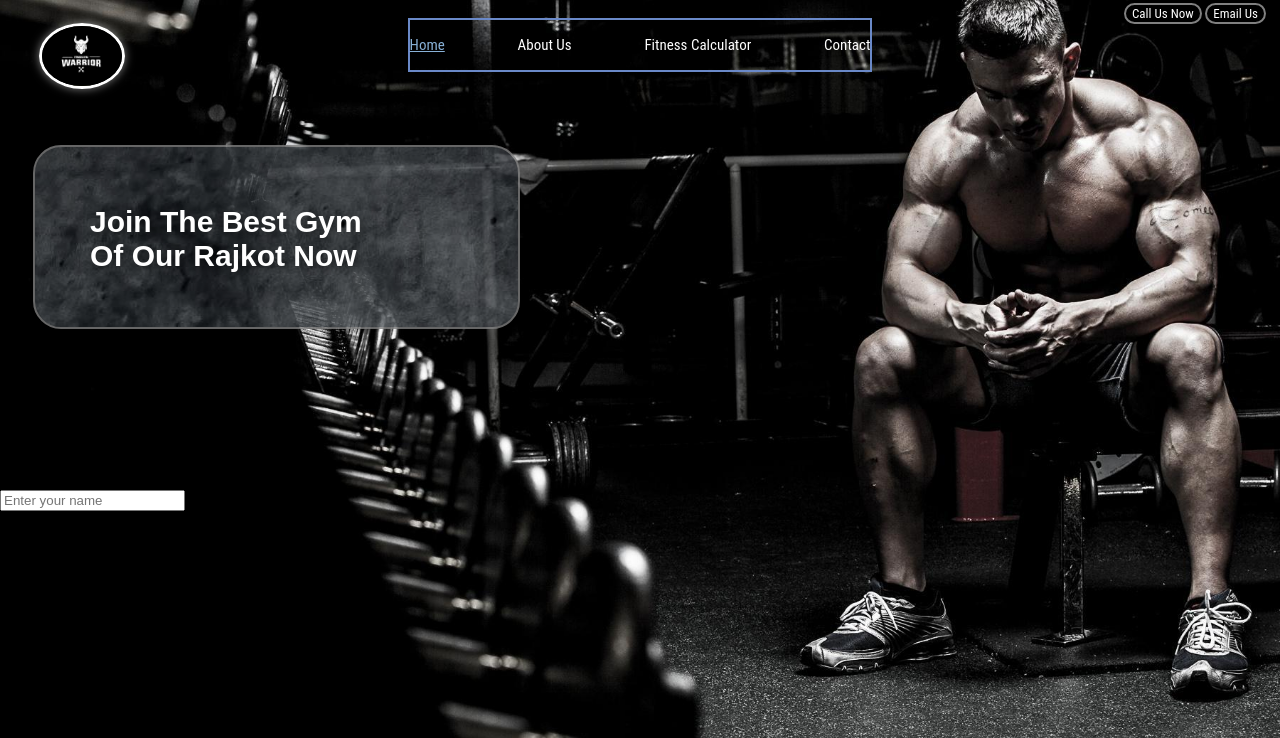
Repository: asthaasquare/project-1
Page: project-1/index.html
The author's editor kept a copy of each file at every save. The page is drawn from the files as they stood at one save, then again after the next save.
The browser window is 1280 px wide. The pictures show the whole page.
Some web fonts or font styles are not loaded; a fallback is used.

Above is the page before, as saved 2024-05-09 18:11:38.

### project-1/index.html
<!DOCTYPE html>
<html lang="en">
  <head>
    <meta charset="UTF-8" />
    <meta name="viewport" content="width=device-width, initial-scale=1.0" />
    <title>Fit World</title>
  </head>
  <link rel="preconnect" href="https://fonts.googleapis.com" />
  <link rel="preconnect" href="https://fonts.gstatic.com" crossorigin />
  <link
    href="https://fonts.googleapis.com/css2?family=Jersey+10&display=swap"
    rel="stylesheet"
  />
  <link rel="stylesheet" href="css/style.css" />
  <style>
    body {
      color: white;
      margin: 0;
      padding: 0;
      background-image: url("img/1087639.jpg");
      background-size: cover; /* This will make sure the image covers the entire background */
      background-position: center; /* This will center the image within the container */
      height: 100vh; /* This will set the height of the background to the viewport height */
      font-family: "Roboto Condensed", sans-serif;
      font-optical-sizing: auto;
    }

    .left {
      /* border: 2px double rgb(75, 62, 62); */
      display: inline-block;
      position: absolute;
      top: 0px;
      left: 34px;
      padding: 5px; /* Add some padding around the logo */
    }

    .left img {
      width: 80px;
      height: auto;
      border-radius: 50%;
      border: 3px solid white;
      box-shadow: 0 0 10px rgba(255, 255, 255, 0.5);
    }

    .left div {
      line-height: 0px;
    }

    .mid {
      margin: 18px auto;
      display: block;
      width: 36%;
      border: 2px double rgb(106, 137, 200);
    }

    .right {
      position: absolute;
      display: inline-block;
      /* border: 2px double rgb(100, 96, 222); */
      top: 0px;
      right: 34px;
    }

    .navbar {
      display: flex; /* Use flexbox for better alignment */
      justify-content: space-between; /* Distribute items evenly across the container */
      align-items: center; /* Center items vertically */
      padding: 0;
    }

    .navbar li {
      font-size: 15px;
      list-style: none; /* Remove default list styles */
      margin-right: 20px; /* Add some spacing between navbar items */
    }

    .navbar li a {
      color: white;
      text-decoration: none;
    }

    .navbar li a:hover,
    .navbar li a.active {
      text-decoration: underline;
      color: rgb(136, 177, 215);
    }

    .navbar li:last-child {
      margin-right: 0; /* Remove margin from the last navbar item */
    }

    .header {
      position: relative; /* Set position to relative to allow absolute positioning of ch
      ild elements */
    }

    .container {
      border: 2px solid grey;
      margin: 73px 33px;
      padding: 75px;
      width: 26%;
      background-image: url(img/bg1.jpg);
      opacity: 80%;
      z-index: -1;
      height: 30px;
      border-radius: 28px;
    }

    .btn {
      margin: 0px 0px;
      color: white;
      background-color: black;
      position: relative;
      right: 22px;
      top: -15px;
      left: 20px;
      border: 2px solid grey;
      border-radius: 13px;
      font-size: 13px;
      cursor: pointer;
      transition: background-color 0.3s, border-color 0.3s;
      font-family: "Roboto Condensed", sans-serif;
    }

    .btn:hover {
      background-color: grey; /* Change background color on hover */
      border-color: black; /* Change border color on hover */
    }

    h1 {
  position: relative;
  top: -197px;
  color: white;
  font-size: 30px; /* Adjust the font size as needed */
  font-weight: bold; /* Optionally adjust the font weight */
  font-family: 'Poetsen One', sans-serif; /* Apply the Poetsen One font */
  text-shadow: 2px 2px 8px rgba(0, 0, 0, 0.5); /* Update the text shadow */
  width: 280px;
  padding: 0px 90px;
}

  </style>

  <body>
    <header class="header">
      <div class="left">
        <img src="img/logo.jpg" alt="Logo" />
      </div>
      <div class="mid">
        <ul class="navbar">
          <li><a href="#" class="active">Home</a></li>
          <li><a href="#">About Us</a></li>
          <li><a href="#">Fitness Calculator</a></li>
          <li><a href="#">Contact</a></li>
        </ul>
      </div>
      <div class="right">
        <button class="btn">Call Us Now</button>
        <button class="btn">Email Us</button>
      </div>
    </header>

    <div class="container">
      <!-- <h1>Join The Best Gym Of Our Rajkot Now</h1> -->
    </div>
    <div>
      <h1>Join The Best Gym Of Our Rajkot Now</h1>
      <form action="noaction.php">
        <div class="form-group">
          <input type="text" name="" placeholder="Enter your name">
        </div>

      </form>
    </div>
  </body>
</html>

Loaded but not shown: project-1/css/style.css (no stored copy; drawn as an empty file)

After the next save:
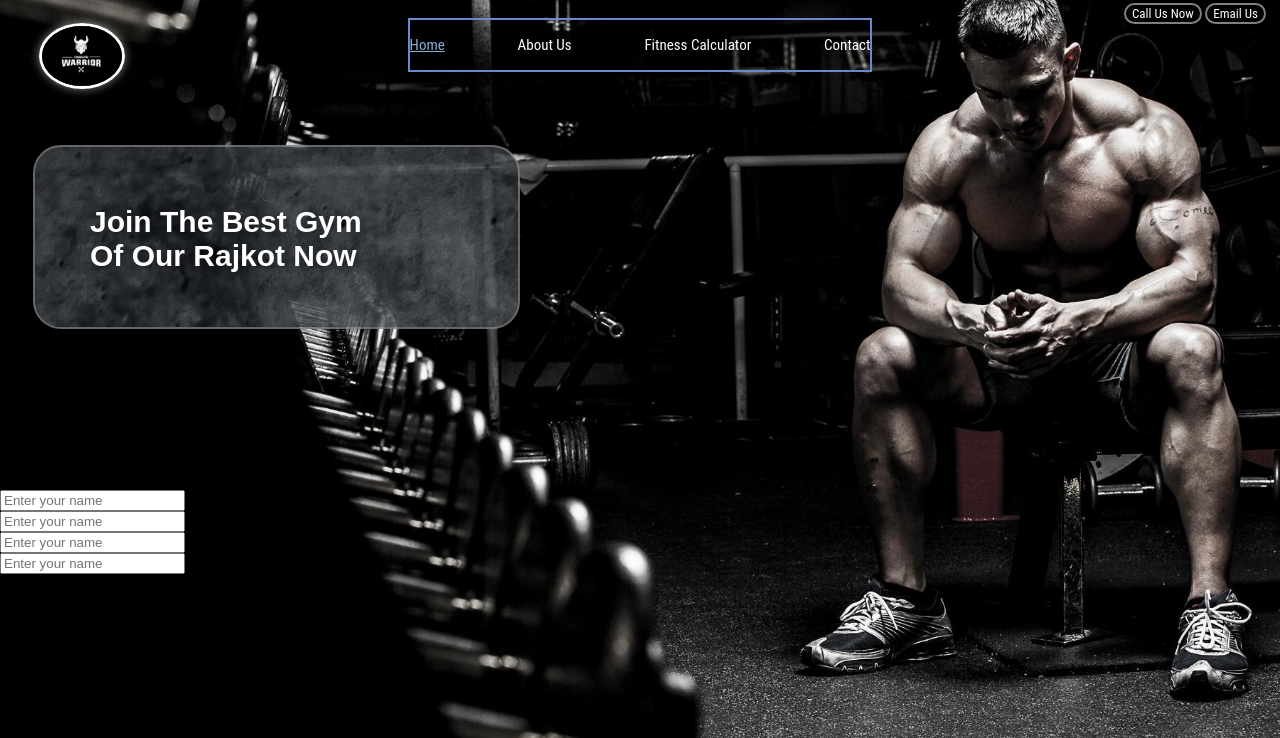
Saved 77 s later.
--- a/project-1/index.html
+++ b/project-1/index.html
@@ -169,6 +169,15 @@
         <div class="form-group">
           <input type="text" name="" placeholder="Enter your name">
         </div>
+        <div class="form-group">
+          <input type="text" name="" placeholder="Enter your name">
+        </div>
+        <div class="form-group">
+          <input type="text" name="" placeholder="Enter your name">
+        </div>
+        <div class="form-group">
+          <input type="text" name="" placeholder="Enter your name">
+        </div>
 
       </form>
     </div>
